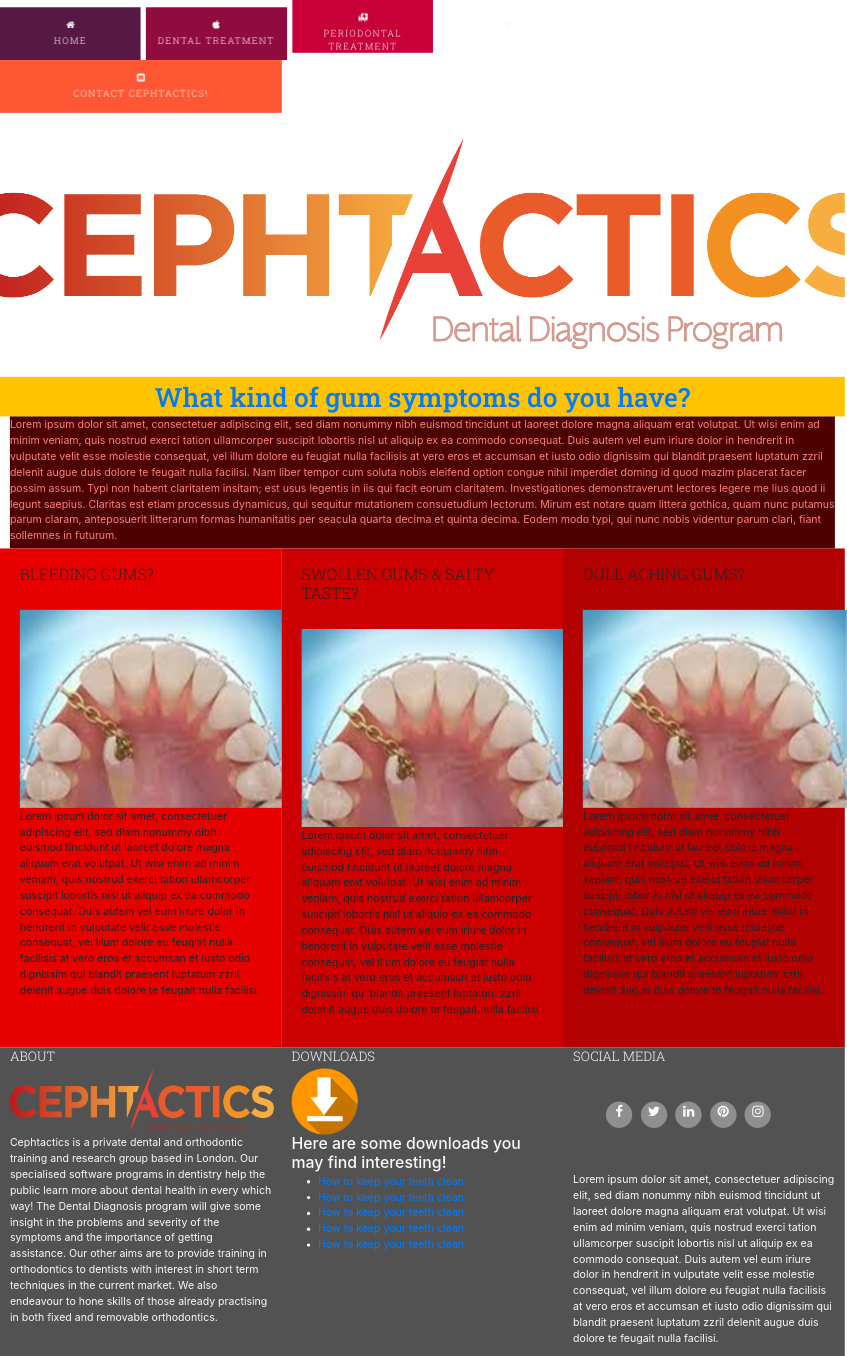
Repository: Code-Institute-Submissions/Rajjabbal-milestone-project
Page: 2periodontal.html
The author's editor kept a record of every edit. The page is drawn from the files as they stood at one moment, then again after the next edit.
The browser window is 1280 px wide. The page is 1283 px wide, so the pictures cover 1283 px, including what lies to the right of the window. The pictures show the whole page, at 66% of full size.
Some web libraries are served in a nearby version.

Above is the page before.

### 2periodontal.html
<!DOCTYPE html>
<html lang="en">

<head>
    <meta charset="UTF-8">
    <meta name="viewport" content="width=device-width, initial-scale=1.0">
    <meta http-equiv="X-UA-Compatible" content="ie=edge">
    <link rel="stylesheet" href="https://stackpath.bootstrapcdn.com/bootstrap/4.2.1/css/bootstrap.min.css" type="text/css" />
    <link rel="stylesheet" href="https://stackpath.bootstrapcdn.com/font-awesome/4.7.0/css/font-awesome.min.css" type="text/css" />
    <link rel="stylesheet" href="assets/css/style.css" type="text/css" />
    <link rel="stylesheet" href="https://cdnjs.cloudflare.com/ajax/libs/hover.css/2.3.1/css/hover-min.css" type="text/css" />
    <title>Milestone Project 1</title>
</head>

<body>
    <header>
        <div class="row no-gutters">
            <div class="col-md-12">
                <ul id="nav" class="list-inline menucontainer">
                    <li class="col-sm-2 ui-menu-color-home list-inline-item menuitem">
                        <a href="#" class="hvr-sweep-to-bottom"><i class="fa fa-home" aria-hidden="true"></i><span>Home</span>
                        </a>
                    </li>
                    <li class="col-sm-2 ui-menu-color-dental list-inline-item menuitem">
                        <a href="#" class="hvr-sweep-to-bottom"><i class="fa fa-apple" aria-hidden="true"></i><span>Dental Treatment</span>
                        </a>
                    </li>
                    <li class="col-sm-2 ui-menu-color-periodontal list-inline-item menuitem">
                        <a href="#" class="hvr-sweep-to-bottom"><i class="fa fa-ambulance" aria-hidden="true"></i><span>Periodontal Treatment</span>
                        </a>
                    </li>
                    <li class="col-sm-2 ui-menu-color-other list-inline-item menuitem">
                        <a href="#" class="hvr-sweep-to-bottom"><i class="fa fa-heart" aria-hidden="true"></i><span>Other Treatment</span>
                        </a>
                    </li>
                     <li class="col-sm-4 ui-menu-color-contact list-inline-item menuitem">
                        <a href="#" class="hvr-sweep-to-bottom"><i class="fa fa-envelope-square" aria-hidden="true"></i><span>Contact Cephtactics!</span>
                        </a>
                    </li>
                </ul>
            </div>
        </div>
        <div class="row no-gutters">
            <a href="index.html" class="col-md-12 logo"></a>
        </div>
        <div class="row no-gutters bg-color-question">
            <div class="col-md-12 question">
                <a href="question"> What kind of gum symptoms do you have?</a>
            </div>
        </div>

    </header>

    <section class="container-fluid">
        <div class="blurb">
            <p>Lorem ipsum dolor sit amet, consectetuer adipiscing elit, sed diam nonummy nibh euismod tincidunt ut laoreet dolore magna aliquam erat volutpat. Ut wisi enim ad minim veniam, quis nostrud exerci tation ullamcorper suscipit lobortis nisl ut
                aliquip ex ea commodo consequat. Duis autem vel eum iriure dolor in hendrerit in vulputate velit esse molestie consequat, vel illum dolore eu feugiat nulla facilisis at vero eros et accumsan et iusto odio dignissim qui blandit praesent
                luptatum zzril delenit augue duis dolore te feugait nulla facilisi. Nam liber tempor cum soluta nobis eleifend option congue nihil imperdiet doming id quod mazim placerat facer possim assum. Typi non habent claritatem insitam; est usus
                legentis in iis qui facit eorum claritatem. Investigationes demonstraverunt lectores legere me lius quod ii legunt saepius. Claritas est etiam processus dynamicus, qui sequitur mutationem consuetudium lectorum. Mirum est notare quam littera
                gothica, quam nunc putamus parum claram, anteposuerit litterarum formas humanitatis per seacula quarta decima et quinta decima. Eodem modo typi, qui nunc nobis videntur parum clari, fiant sollemnes in futurum.
            </p>
        </div>

        <div class="row">
            <div class="col-md-4 bg-color-dental section-column">
                <h4 class="section-heading uppercase">Bleeding gums?</h4>
                <img src="./assets/images/Image.png" alt="Italian Trulli" style="width:400px; height:300px;">
                <p class="inline-block">Lorem ipsum dolor sit amet, consectetuer adipiscing elit, sed diam nonummy nibh euismod tincidunt ut laoreet dolore magna aliquam erat volutpat. Ut wisi enim ad minim veniam, quis nostrud exerci tation ullamcorper suscipit lobortis nisl
                    ut aliquip ex ea commodo consequat. Duis autem vel eum iriure dolor in hendrerit in vulputate velit esse molestie consequat, vel illum dolore eu feugiat nulla facilisis at vero eros et accumsan et iusto odio dignissim qui blandit praesent
                    luptatum zzril delenit augue duis dolore te feugait nulla facilisi.</p>
            </div>
            <div class="col-md-4 bg-color-periodontal section-column">
                <h4 class="section-heading uppercase">Swollen gums & salty taste?</h4>
                <img src="./assets/images/Image.png" alt="Italian Trulli" style="width:400px; height:300px;">
                <p class="inline-block">Lorem ipsum dolor sit amet, consectetuer adipiscing elit, sed diam nonummy nibh euismod tincidunt ut laoreet dolore magna aliquam erat volutpat. Ut wisi enim ad minim veniam, quis nostrud exerci tation ullamcorper suscipit lobortis nisl
                    ut aliquip ex ea commodo consequat. Duis autem vel eum iriure dolor in hendrerit in vulputate velit esse molestie consequat, vel illum dolore eu feugiat nulla facilisis at vero eros et accumsan et iusto odio dignissim qui blandit praesent
                    luptatum zzril delenit augue duis dolore te feugait nulla facilisi.</p>
            </div>
            <div class="col-md-4 bg-color-other section-column">
                <h4 class="section-heading uppercase">Dull aching gums?</h4>
                <img src="./assets/images/Image.png" alt="Italian Trulli" style="width:400px; height:300px;">
                <p class="inline-block">Lorem ipsum dolor sit amet, consectetuer adipiscing elit, sed diam nonummy nibh euismod tincidunt ut laoreet dolore magna aliquam erat volutpat. Ut wisi enim ad minim veniam, quis nostrud exerci tation ullamcorper suscipit lobortis nisl
                    ut aliquip ex ea commodo consequat. Duis autem vel eum iriure dolor in hendrerit in vulputate velit esse molestie consequat, vel illum dolore eu feugiat nulla facilisis at vero eros et accumsan et iusto odio dignissim qui blandit praesent
                    luptatum zzril delenit augue duis dolore te feugait nulla facilisi.</p>
            </div>
        </div>

    </section>

    <footer class="container-fluid">
        <div class="row">
            <div class="col-sm-4">
                <h5 class="uppercase general-sub">About</h5>
                <img src="./assets/images/CEP-Logo DENTAL.png" alt="Italian Trulli" style="width:400px; height:100px;">
                <p class="inline-block">
                    Cephtactics is a private dental and orthodontic training and research group based in London. Our specialised software programs in dentistry help the public learn more about dental health in every which way! The Dental Diagnosis program will give some
                    insight in the problems and severity of the symptoms and the importance of getting assistance. Our other aims are to provide training in orthodontics to dentists with interest in short term techniques in the current market. We also
                    endeavour to hone skills of those already practising in both fixed and removable orthodontics.
                </p>
            </div>
            <div class="col-sm-4">
                <h5 class="uppercase general-sub">Downloads</h5>
                <img src="./assets/images/Download.jpg" alt="Italian Trulli" style="width:100px; height:100px;">
                <h4 class="download">Here are some downloads you may find interesting!
                </h4>
                <ul class="inline-block">
                    <li>
                        <a href="#" target="_blank" class="link1">
                        <span>How to keep your teeth clean.</span>
                    </a>
                    </li>
                    <li>
                        <a href="#" target="_blank" class="link2">
                        <span>How to keep your teeth clean.</span>
                    </a>
                    </li>
                    <li>
                        <a href="#" target="_blank" class="link3">
                        <span>How to keep your teeth clean.</span>
                    </a>
                    </li>
                    <li>
                        <a href="#" target="_blank" class="link4">
                        <span>How to keep your teeth clean.</span>
                    </a>
                    </li>
                    <li>
                        <a href="#" target="_blank" class="link5">
                        <span>How to keep your teeth clean.</span>
                    </a>
                    </li>
                </ul>
            </div>
            <div class="col-sm-4">
                <h5 class="uppercase general-sub">Social Media</h5>
                <ul class="list-inline social-links">
                    <li class="list-inline-item">
                        <a target="_blank" href="#">
                            <i class="fa fa-facebook" aria-hidden="true"></i>
                            <span class="sr-only">Facebook</span>
                        </a>
                    </li>
                    <li class="list-inline-item">
                        <a target="_blank" href="#">
                            <i class="fa fa-twitter" aria-hidden="true"></i>
                            <span class="sr-only">Twitter</span>
                        </a>
                    </li>
                    <li class="list-inline-item">
                        <a target="_blank" href="#">
                            <i class="fa fa-linkedin" aria-hidden="true"></i>
                            <span class="sr-only">Linkedin</span>
                        </a>
                    </li>
                    <li class="list-inline-item">
                        <a target="_blank" href="#">
                            <i class="fa fa-pinterest" aria-hidden="true"></i>
                            <span class="sr-only">Pinterest</span>
                        </a>
                    </li>
                    <li class="list-inline-item">
                        <a target="_blank" href="#">
                            <i class="fa fa-instagram" aria-hidden="true"></i>
                            <span class="sr-only">Instagram</span>
                        </a>
                    </li>
                </ul>
                <p class="inline-block">Lorem ipsum dolor sit amet, consectetuer adipiscing elit, sed diam nonummy nibh euismod tincidunt ut laoreet dolore magna aliquam erat volutpat. Ut wisi enim ad minim veniam, quis nostrud exerci tation ullamcorper suscipit lobortis nisl
                    ut aliquip ex ea commodo consequat. Duis autem vel eum iriure dolor in hendrerit in vulputate velit esse molestie consequat, vel illum dolore eu feugiat nulla facilisis at vero eros et accumsan et iusto odio dignissim qui blandit praesent
                    luptatum zzril delenit augue duis dolore te feugait nulla facilisi.</p>
            </div>

        </div>

    </footer>

</body>

</html>

### assets/css/style.css
@import url('https://fonts.googleapis.com/css?family=Roboto+Slab:100,200,300,400,500,600,700');

/*-----colors-----*/

.bg-color-question {
    background-color: #FFC300;

}

.ui-menu-color-home {
    background-color: RGB(88, 24, 69);
}

.ui-menu-color-dental {
    background-color: RGB(144, 12, 63);
}

.ui-menu-color-periodontal {
    background-color: RGB(199, 0, 57);
}

.ui-menu-color-contact {
    background-color: RGB(255, 87, 51);
}

.ui-menu-color-statement {
    background-color: RGB(23, 32, 42);
}

.bg-color-dental {
    background-color: #e60000;
}
.bg-color-periodontal {
    background-color: #cc0000;
}
.bg-color-other {
    background-color: #b30000;
}

/*-----Special paddings/margins/text-----*/

h1,
h2,
h3,
h4 {
    margin: 0;
}

.uppercase {
    text-transform: uppercase;

}

.general-sub {
    font-family: "Roboto Slab", sans-serif;
    font-weight: 300;
    color: #fafafa;
}

.inline-block {
    display: inline-block;
}

.row-table {
    display: table;
}

.section-column {
    display: table-cell;
    padding: 0 30px 30px;
    float: none;
}

.section-heading {
    font-family: "Roboto Slab", sans-serif;
    font-weight: 300;
    margin-top: 25px;
    margin-bottom: 40px;
}

/*-----heading-----*/

header {
    margin: 0px;
}

.list-inline-item:not(:last-child) {
    max-height: 80px;

}

.menucontainer {
    font-size: 0;

}

#nav {
    margin: 0;
}

#nav li {
    font-size: 14px;
    font-family: "Roboto Slab", sans-serif;
    color: #DAF7A6;
    padding: 0;
}

.menuitem {
    height: 80px;
    text-align: center;
}

.menuitem a {
    width: 100%;
    text-decoration: none;
    color: #fff;
}

.menuitem a i {
    padding-top: 20px;
    display: block;
    color: #fafafa;
}

.menuitem span {
    display: block;
    width: 100%;
    padding-top: 5px;
    text-align: center;
    text-transform: uppercase;
    font-size: 14px;
    font-weight: 300;
    letter-spacing: 2px;
}

.logo {
    background: url("../images/CEP-Logo DENTAL.png");
    background-position: center;
    background-repeat: no-repeat;
    background-size: 1400px;
    min-height: 400px;
    padding: 0px;
    transition: all .5s ease-in-out;
    -moz-transition: all .5s ease-in-out;
    -webkit-transition: all .5s ease-in-out;
}

.picture {
    background: url("../images/BK.jpg");
    background-position: center;
    background-repeat: no-repeat;
    background-size: cover;
    min-height: 240px;
    transition: all .5s ease-in-out;
    -moz-transition: .5s ease-in-out;
    -webkit-transition: .5s ease-in-out;
}

.question {
    font-family: "Roboto Slab", sans-serif;
    font-weight: 500;
    font-size: 40px;
    margin: 0px;
    color: #ffffff;
    text-align: center;
}

/*-----hover.css-----*/

.hvr-sweep-to-bottom:before {
    background: rgba(0, 0, 0, 1);
    height: 80px;
}

/*-----section-----*/

.blurb {
    background-color: #4d0000;
    min-height: 200px;
    padding: 0;
    color: #ff8080;
}




/*-----footer-----*/

footer {
    background-color: #525252;
    color: #fafafa;
    min-height: 180px;
    margin: 0;
}

.social-links {
    padding: 50px;
}

.social-links li a i {
    width: 40px;
    height: 40px;
    padding: 12px 0;
    border-radius: 50%;
    font-size: 20px;
    line-height: 7px;
    text-align: center;
    color: #fafafa;
    background: #8f8f8f;
    transition: all 0.35s ease-in-out;
    -moz-transition: all 0.35s ease-in-out;
    -webkit-transition: all 0.35s ease-in-out;
    -o-transition: all 0.35s ease-in-out;
}

.social-links li a i:hover {
    background: #e84610;
}

#footer-details {
    padding: 20px;
}

After the next edit:
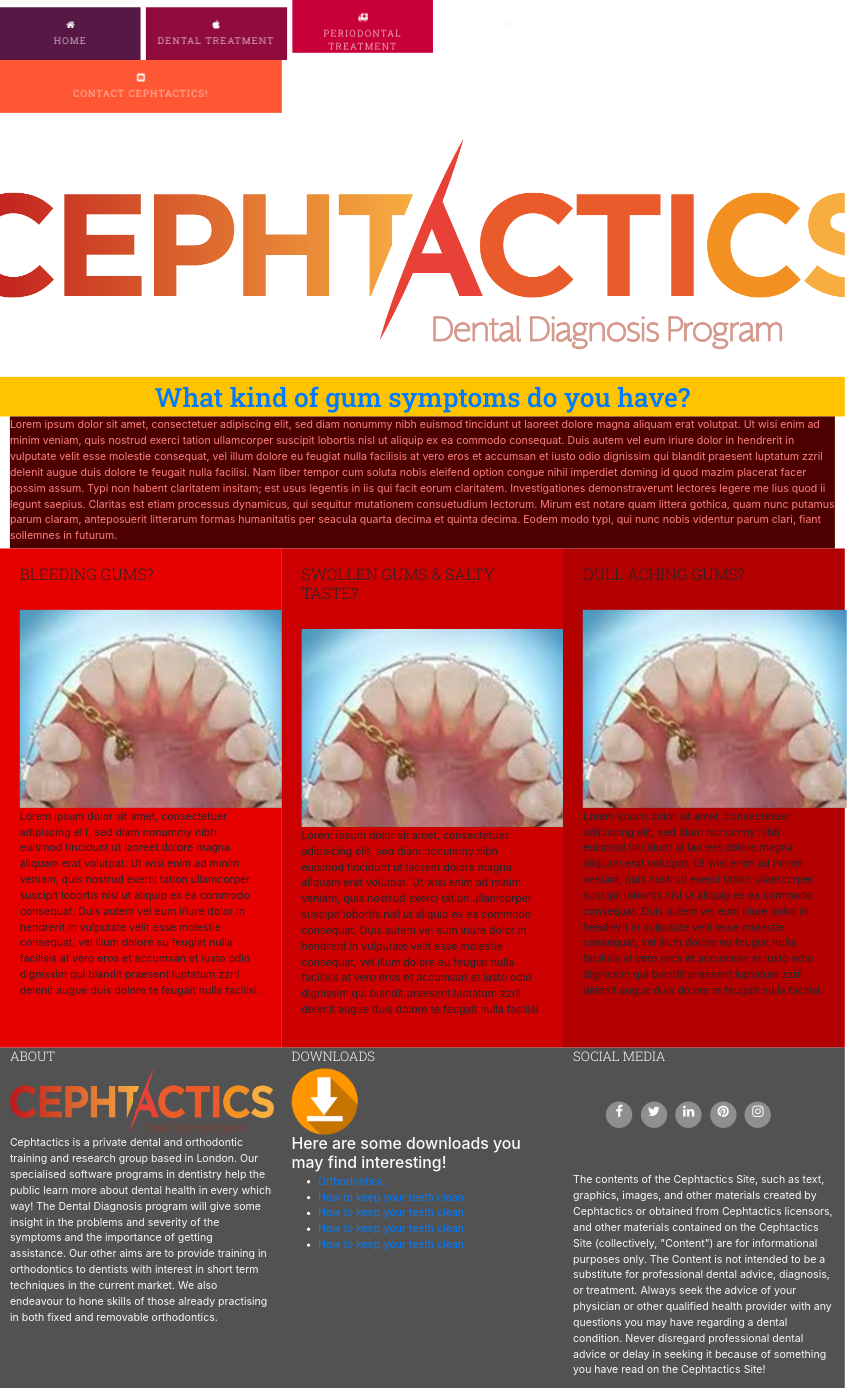
The edit:
--- a/2periodontal.html
+++ b/2periodontal.html
@@ -33,7 +33,7 @@
                         <a href="#" class="hvr-sweep-to-bottom"><i class="fa fa-heart" aria-hidden="true"></i><span>Other Treatment</span>
                         </a>
                     </li>
-                     <li class="col-sm-4 ui-menu-color-contact list-inline-item menuitem">
+                    <li class="col-sm-4 ui-menu-color-contact list-inline-item menuitem">
                         <a href="#" class="hvr-sweep-to-bottom"><i class="fa fa-envelope-square" aria-hidden="true"></i><span>Contact Cephtactics!</span>
                         </a>
                     </li>
@@ -105,8 +105,8 @@
                 </h4>
                 <ul class="inline-block">
                     <li>
-                        <a href="#" target="_blank" class="link1">
-                        <span>How to keep your teeth clean.</span>
+                        <a href="https://view.publitas.com/british-orthodontic-society/orthotreatmentfebruary2019/page/1" target="_blank" class="link1">
+                        <span>Orthodontics.</span>
                     </a>
                     </li>
                     <li>
@@ -165,9 +165,9 @@
                         </a>
                     </li>
                 </ul>
-                <p class="inline-block">Lorem ipsum dolor sit amet, consectetuer adipiscing elit, sed diam nonummy nibh euismod tincidunt ut laoreet dolore magna aliquam erat volutpat. Ut wisi enim ad minim veniam, quis nostrud exerci tation ullamcorper suscipit lobortis nisl
-                    ut aliquip ex ea commodo consequat. Duis autem vel eum iriure dolor in hendrerit in vulputate velit esse molestie consequat, vel illum dolore eu feugiat nulla facilisis at vero eros et accumsan et iusto odio dignissim qui blandit praesent
-                    luptatum zzril delenit augue duis dolore te feugait nulla facilisi.</p>
+                <p class="inline-block">The contents of the Cephtactics Site, such as text, graphics, images, and other materials created by Cephtactics or obtained from Cephtactics licensors, and other materials contained on the Cephtactics Site (collectively, "Content") are
+                    for informational purposes only. The Content is not intended to be a substitute for professional dental advice, diagnosis, or treatment. Always seek the advice of your physician or other qualified health provider with any questions
+                    you may have regarding a dental condition. Never disregard professional dental advice or delay in seeking it because of something you have read on the Cephtactics Site!</p>
             </div>
 
         </div>
